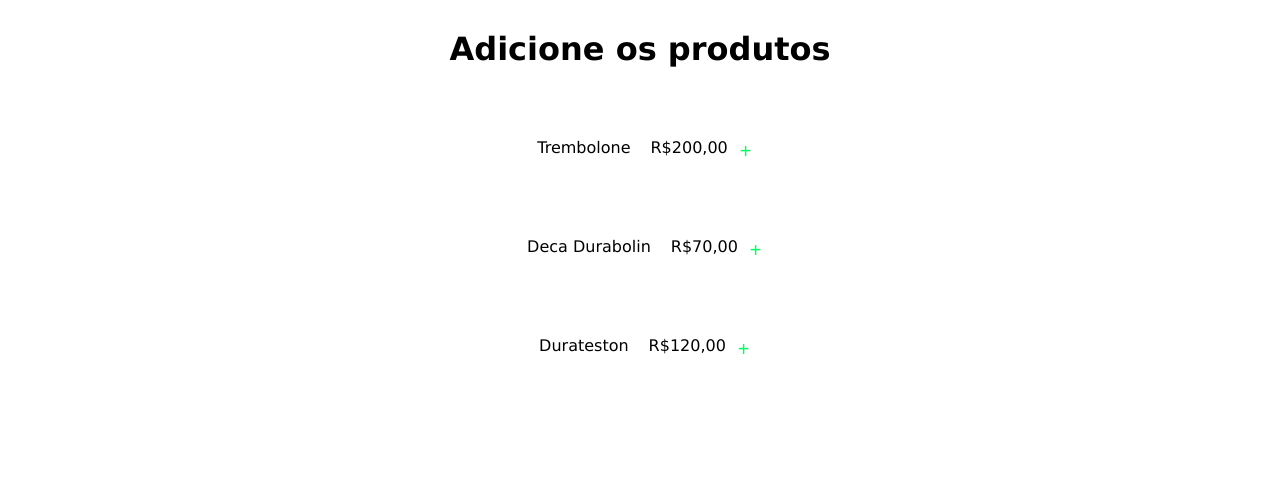
Repository: Leonngc/Lab
Page: confirm.html
These files come from the project's save history. The page is drawn as it stood at one moment and after the next save; the edit follows.
The browser window is 1280 px wide. The pictures show the whole page.

Above is the page before, as saved 2023-01-10 21:35:15.

### confirm.html
<!DOCTYPE html>
<html lang="pt-br">
  <head>
    <meta charset="UTF-8" />
    <meta http-equiv="X-UA-Compatible" content="IE=edge" />
    <meta name="viewport" content="width=device-width, initial-scale=1.0" />
    <link
      rel="stylesheet"
      href="https://cdnjs.cloudflare.com/ajax/libs/font-awesome/6.2.1/css/all.min.css"
      integrity="sha512-MV7K8+y+gLIBoVD59lQIYicR65iaqukzvf/nwasF0nqhPay5w/9lJmVM2hMDcnK1OnMGCdVK+iQrJ7lzPJQd1w=="
      crossorigin="anonymous"
      referrerpolicy="no-referrer"
    />
    <link rel="stylesheet" href="styles/confirm.css" />
    <title>Document</title>
  </head>

  <body>
    <h1>Adicione os produtos</h1>
    <div class="prod">
      <p>Trembolone</p>
      <p>R$200,00</p>
      <button onclick="addTrembo()"><i class="fa-thin fa-plus"></i></button>
    </div>

    <div class="prod">
      <p>Deca Durabolin</p>
      <p>R$70,00</p>
      <button onclick="addDeca()"><i class="fa-thin fa-plus"></i></button>
    </div>
    <div class="prod">
      <p>Durateston</p>
      <p>R$120,00</p>
      <button onclick="addTesto()"><i class="fa-thin fa-plus"></i></button>
    </div>

    <div id="carrinho">

    </div>

    <script src="js/confirm.js"></script>
  </body>
</html>

### styles/confirm.css
*{
    margin: 0;
    padding: 0;
    box-sizing: border-box;
}

body{
   text-align: center;
}

h1{
    text-align: center;
    font-family: Verdana, Geneva, Tahoma, sans-serif;
    padding: 30px;
}

.prod{
 display: flex;
   margin: auto;
    padding: 30px;
    justify-content: center;
}

.prod > p{
    font-family: Verdana, Geneva, Tahoma, sans-serif;
    margin: 10px;
}

.prod > button{
    height: 20px;
    width: 15px;
    margin-top: 12px;
    background-color: white;
    font-size: 20px;
    color: rgb(0, 255, 98);
    border: 0;

}

### js/confirm.js
const trembo = {
  valor: 200,
  ampolas: 10,
};

const deca = {
  valor: 70,
  ampolas: 10,
};

const testo = {
  valor: 120,
  ampolas: 10,
};

const chaveAdd = "anabol";
var res = document.getElementById('carrinho');


function addTrembo() {
  localStorage.setItem(chaveAdd, trembo);
  alert("Trembolone adicionado ao carrinho");
  res.innerHTML += `Trembolone R$70,00 <br>`
}

function addTesto() {
  localStorage.setItem(chaveAdd, testo);
  alert("Você adicionou Durateston ao carrinho");
  res.innerHTML += `Durateston R$120,00 <br>`
}

function addDeca() {
  localStorage.setItem(chaveAdd, deca);
  alert("Você adicionou Deca Durabolin ao carrinho");

  res.innerHTML += `Deca R$70,00 <br>`
}

After the next save:
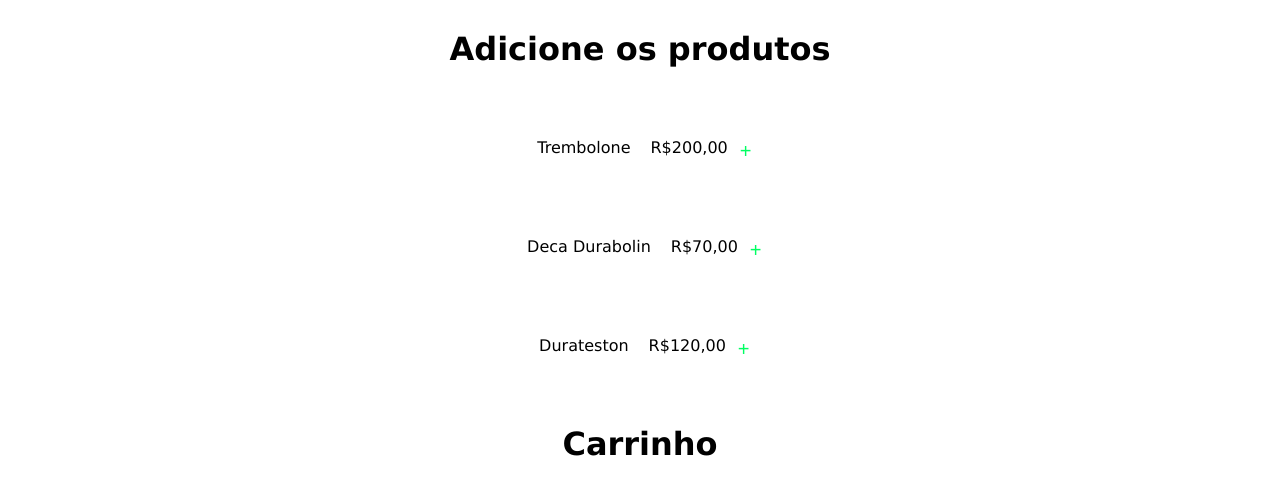
Saved 25 s later.
--- a/confirm.html
+++ b/confirm.html
@@ -35,7 +35,7 @@
     </div>
 
     <div id="carrinho">
-
+      <h1>Carrinho</h1>
     </div>
 
     <script src="js/confirm.js"></script>
